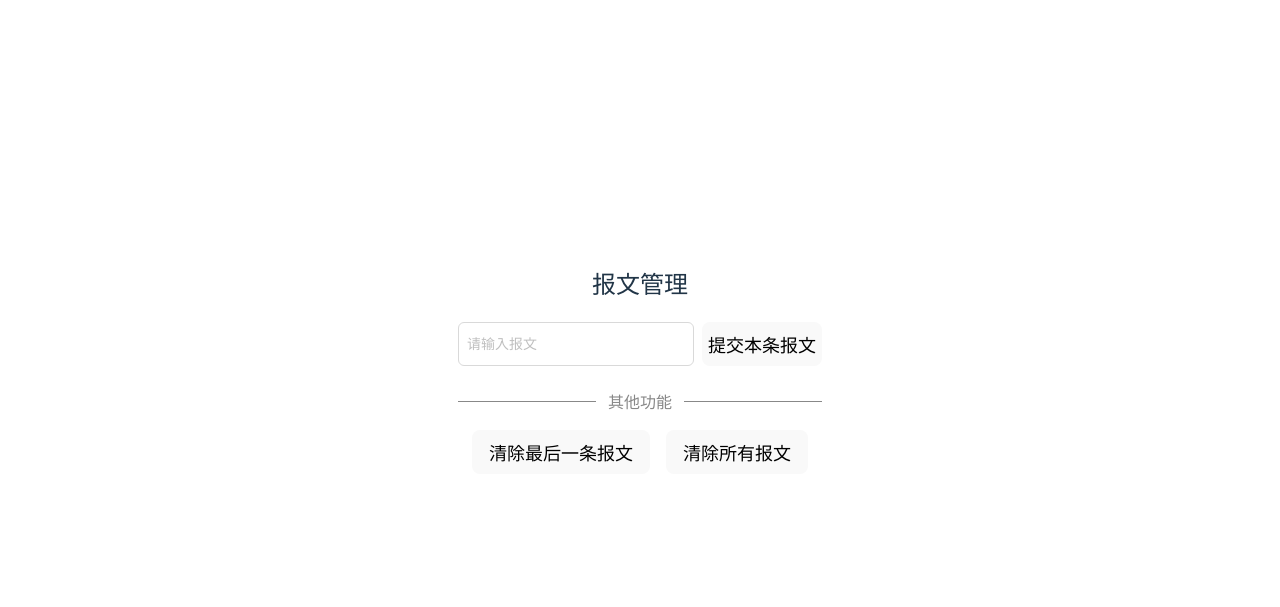
Repository: WUTONK/GoBlogAssignment3
Page: /user/postmodify (app in frontend/)
These files come from the project's save history. The page is drawn as it stood at one moment and after the next save; the edit follows.
The browser window is 1280 px wide. The pictures show the whole page.
The project was rebuilt for these pictures with package versions that can differ from the ones it lists, and the page was loaded fresh each time. Also part of the build but not shown: frontend/vite.config.ts, frontend/src/api/runtime.ts, frontend/src/api/models/LoginReq.ts, frontend/src/api/models/LoginRsp.ts, frontend/src/api/models/SqlReq.ts, frontend/src/api/models/SqlRsp.ts, frontend/src/api/models/index.ts, frontend/src/api/apis/DefaultApi.ts and 5 more.

Above is the page before, as saved 2025-07-26 23:57:28.

After the next save:
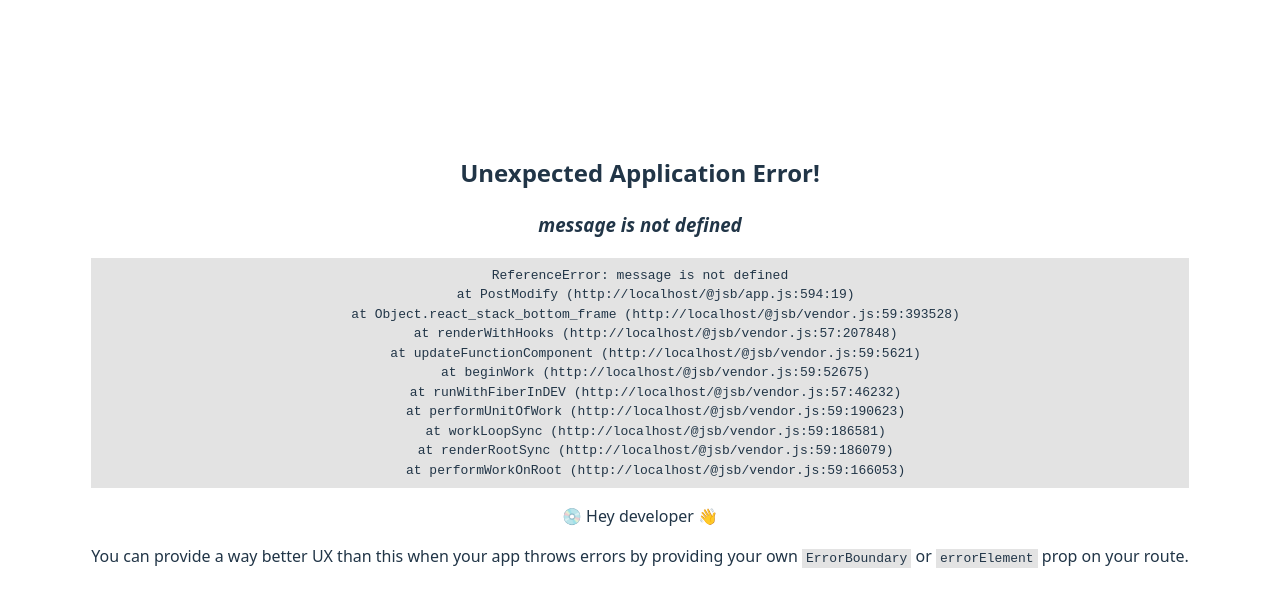
Saved 117 s later.
--- a/frontend/src/PostModifyPage.tsx
+++ b/frontend/src/PostModifyPage.tsx
@@ -9,6 +9,24 @@ function PostModify() {
 
   return (
     <div style={{ maxWidth: 500, margin: "0 auto", padding: 20 }}>
+       {/* 顶部提示栏 */}
+       <div
+        style={{
+          height: 80,
+          marginBottom: 32,
+          border: "4px solid #ff4d6d",
+          borderRadius: 12,
+          display: "flex",
+          alignItems: "center",
+          justifyContent: "center",
+          fontSize: 20,
+          color: "#fff"
+        }}
+      >
+        {message}
+      </div>
+
+
       <h2 style={{ textAlign: "center" }}>报文管理</h2>
       {/* 输入框和提交按钮同一行 */}
       <div style={{ display: "flex", marginBottom: 16 }}>
